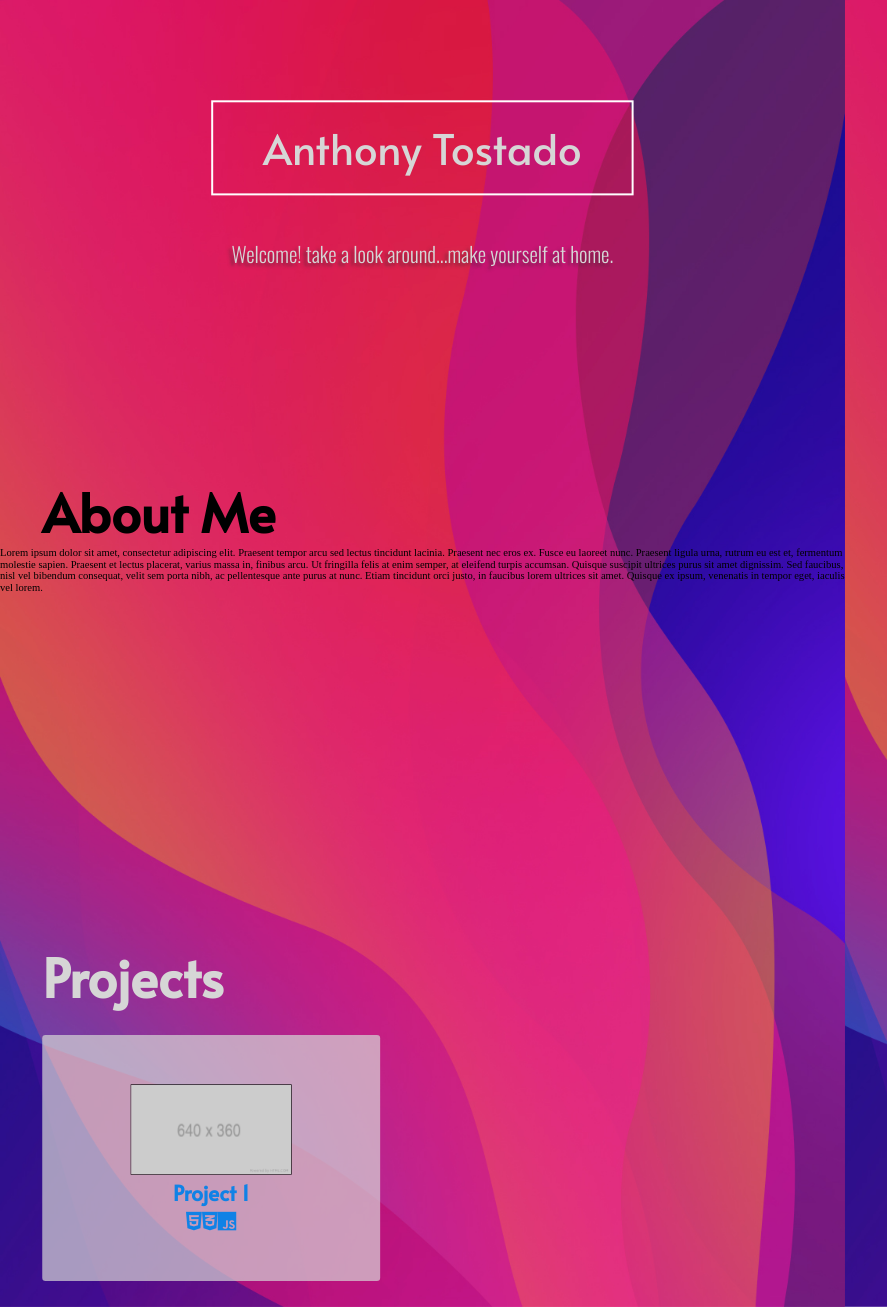
Repository: sloppytony/newport
Page: / (app in portfolio/)
An editor plug-in stored every save of this project. The page is shown before and after the next save, followed by the edit.
The browser window is 1280 px wide. The page is 1344 px wide, so the pictures cover 1344 px, including what lies to the right of the window. The pictures show the whole page, at 66% of full size.
Backgrounds fixed to the window are drawn as part of the page. Some web libraries are served in a nearby version. The project was rebuilt for these pictures with package versions that can differ from the ones it lists, and the page was loaded fresh each time.

Above is the page before, as saved 2020-08-23 14:16:55.

### portfolio/public/index.html
<!DOCTYPE html>
<html lang="en">
  <head>
    <meta charset="utf-8" />
    <link rel="icon" href="%PUBLIC_URL%/favicon.ico" />
    <meta name="viewport" content="width=device-width, initial-scale=1" />
    <meta name="theme-color" content="#000000" />
    <meta
      name="description"
      content="Web site created using create-react-app"
    />
    <link rel="apple-touch-icon" href="%PUBLIC_URL%/logo192.png" />
    <!--
      manifest.json provides metadata used when your web app is installed on a
      user's mobile device or desktop. See https://developers.google.com/web/fundamentals/web-app-manifest/
    -->
    <link rel="manifest" href="%PUBLIC_URL%/manifest.json" />
    <!--
      Notice the use of %PUBLIC_URL% in the tags above.
      It will be replaced with the URL of the `public` folder during the build.
      Only files inside the `public` folder can be referenced from the HTML.

      Unlike "/favicon.ico" or "favicon.ico", "%PUBLIC_URL%/favicon.ico" will
      work correctly both with client-side routing and a non-root public URL.
      Learn how to configure a non-root public URL by running `npm run build`.
    -->
    <link
      href="https://fonts.googleapis.com/css2?family=Alata&family=Oswald:wght@300&display=swap"
      rel="stylesheet"
    />
    <script
      src="https://kit.fontawesome.com/9a01f23326.js"
      crossorigin="anonymous"
    ></script>
    <title>React App</title>
  </head>
  <body>
    <noscript>You need to enable JavaScript to run this app.</noscript>
    <div id="root"></div>
    <!--
      This HTML file is a template.
      If you open it directly in the browser, you will see an empty page.

      You can add webfonts, meta tags, or analytics to this file.
      The build step will place the bundled scripts into the <body> tag.

      To begin the development, run `npm start` or `yarn start`.
      To create a production bundle, use `npm run build` or `yarn build`.
    -->
  </body>
</html>

### portfolio/src/index.css
* {
  margin: 0;
  padding: 0;
  box-sizing: border-box;
}

body {
  background-image: url("./img/8_28_orig.png");
  background-size: cover;
  background-attachment: fixed;
}

### portfolio/src/App.js
import React from "react";

import "./App.css";

function App() {
  return (
    <body>
      <div className="everything">
        <div className="section1">
          <h1 className="mainTitle">Anthony Tostado</h1>
          <p className="mainPara">
            Welcome! take a look around...make yourself at home.
          </p>
          <h2 className="scroll">Scroll</h2>
        </div>
        <div className="section2">
          <h1 className="aboutTitle">About Me</h1>
          <p className="aboutPara">
            Lorem ipsum dolor sit amet, consectetur adipiscing elit. Praesent
            tempor arcu sed lectus tincidunt lacinia. Praesent nec eros ex.
            Fusce eu laoreet nunc. Praesent ligula urna, rutrum eu est et,
            fermentum molestie sapien. Praesent et lectus placerat, varius massa
            in, finibus arcu. Ut fringilla felis at enim semper, at eleifend
            turpis accumsan. Quisque suscipit ultrices purus sit amet dignissim.
            Sed faucibus, nisl vel bibendum consequat, velit sem porta nibh, ac
            pellentesque ante purus at nunc. Etiam tincidunt orci justo, in
            faucibus lorem ultrices sit amet. Quisque ex ipsum, venenatis in
            tempor eget, iaculis vel lorem.{" "}
          </p>
        </div>
        <div className="section3">
          <h1 className="projectTitle">Projects</h1>
          <div className="projectContent">
            <div className="card1">
              <img
                className="cardImage"
                src={require("../src/img/640x360.png")}
              ></img>
              <h1 className="cardTitle">Project 1</h1>
              <section className="icons">
                <i class="fab fa-html5 fa-2x"></i>
                <i class="fab fa-css3-alt fa-2x"></i>
                <i class="fab fa-js fa-2x"></i>
              </section>
            </div>
          </div>
        </div>
      </div>
    </body>
  );
}

export default App;

### portfolio/src/App.css
.image {
  width: 100%;
  height: 100%;
}

/*opening page*/
.section1 {
  height: 100vh;
  width: 100%;

  color: rgb(16, 130, 230);
  display: flex;
  justify-content: center;
  align-items: center;
  flex-direction: column;
}

.mainTitle {
  font-family: "Alata", sans-serif;
  font-weight: 100;
  font-size: 400%;
  display: flex;
  justify-content: center;
  align-items: center;
  text-align: center;
  color: rgb(214, 214, 214);

  animation: fadeIn 1.5s;
  border: 3px solid white;
  width: 50%;
  height: 20%;
}

.mainPara {
  font-family: "Oswald", sans-serif;
  font-size: 200%;
  display: flex;
  align-items: center;
  text-align: center;
  color: rgb(214, 214, 214);
  padding: 5%;
  text-shadow: -5px 5px 5px rgba(44, 44, 44, 0.5);
  animation: fadeIn 1.5s;
}

.scroll {
  font-family: "Oswald", sans-serif;
  font-size: 300%;
  padding-bottom: 2%;
  animation: pulse 2.5s infinite;
  color: rgb(214, 214, 214);
}
.everything {
  height: 200%;
}

/*about*/
.section2 {
  height: 75vh;
  width: 100%;
}

h1.aboutTitle {
  height: 20%;
  width: 100%;
  margin-left: 5%;
  font-family: "Alata", sans-serif;
  font-size: 500%;
}

/*projects*/
.section3 {
  height: 100vh;
  width: 100%;

  color: rgb(16, 130, 230);
  display: flex;
  justify-content: center;
  align-items: center;
  flex-direction: column;
}

div.projectContent {
  width: 100%;
}

h1.projectTitle {
  height: 20vh;
  width: 100%;
  margin-left: 10%;
  font-size: 500%;
  font-family: "Alata", sans-serif;
  color: rgb(214, 214, 214);
}

div.card1 {
  height: 150%;
  width: 40%;
  display: flex;
  justify-content: center;
  align-items: center;
  flex-direction: column;
  background: rgb(214, 214, 214, 0.7);
  border-radius: 5px 5px 5px;
  margin-left: 5%;
  padding: 1%;
}

.cardImage {
  width: 50%;
  border: 1px solid black;
}

h1.cardTitle {
  margin: 1%;
  font-size: 300;
  font-family: "Alata", sans-serif;
}

@keyframes fadeIn {
  from {
    opacity: 0;
  }
  to {
    opacity: 1;
  }
}

@keyframes pulse {
  0% {
    opacity: 0;
  }

  50% {
    opacity: 1;
  }
  100% {
    opacity: 0;
  }
}

Loaded but not shown: portfolio/src/index.js (common file); portfolio/src/serviceWorker.js (common file)

After the next save:
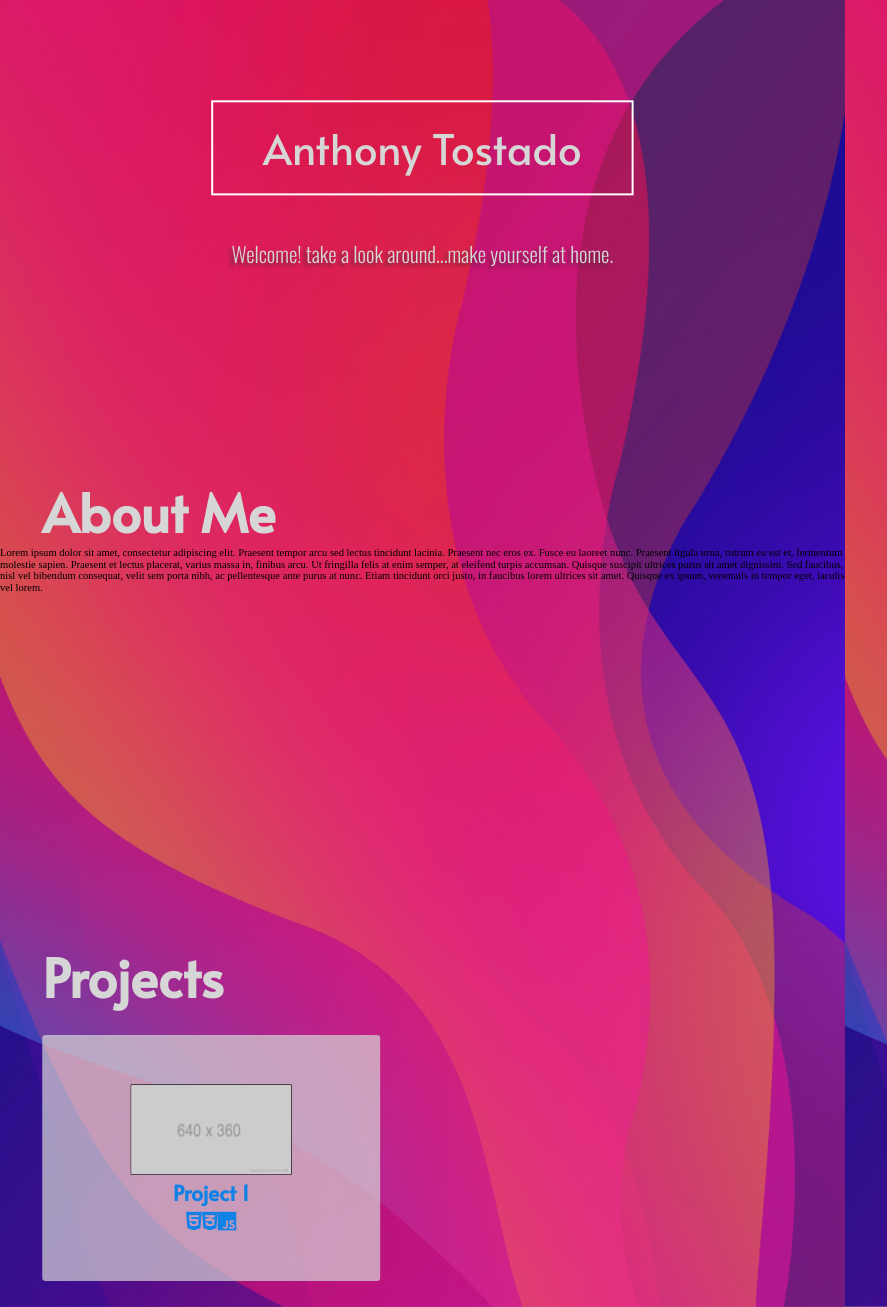
Saved 24 s later.
--- a/portfolio/src/App.css
+++ b/portfolio/src/App.css
@@ -66,6 +66,7 @@ h1.aboutTitle {
   margin-left: 5%;
   font-family: "Alata", sans-serif;
   font-size: 500%;
+  color: rgb(214, 214, 214);
 }
 
 /*projects*/
